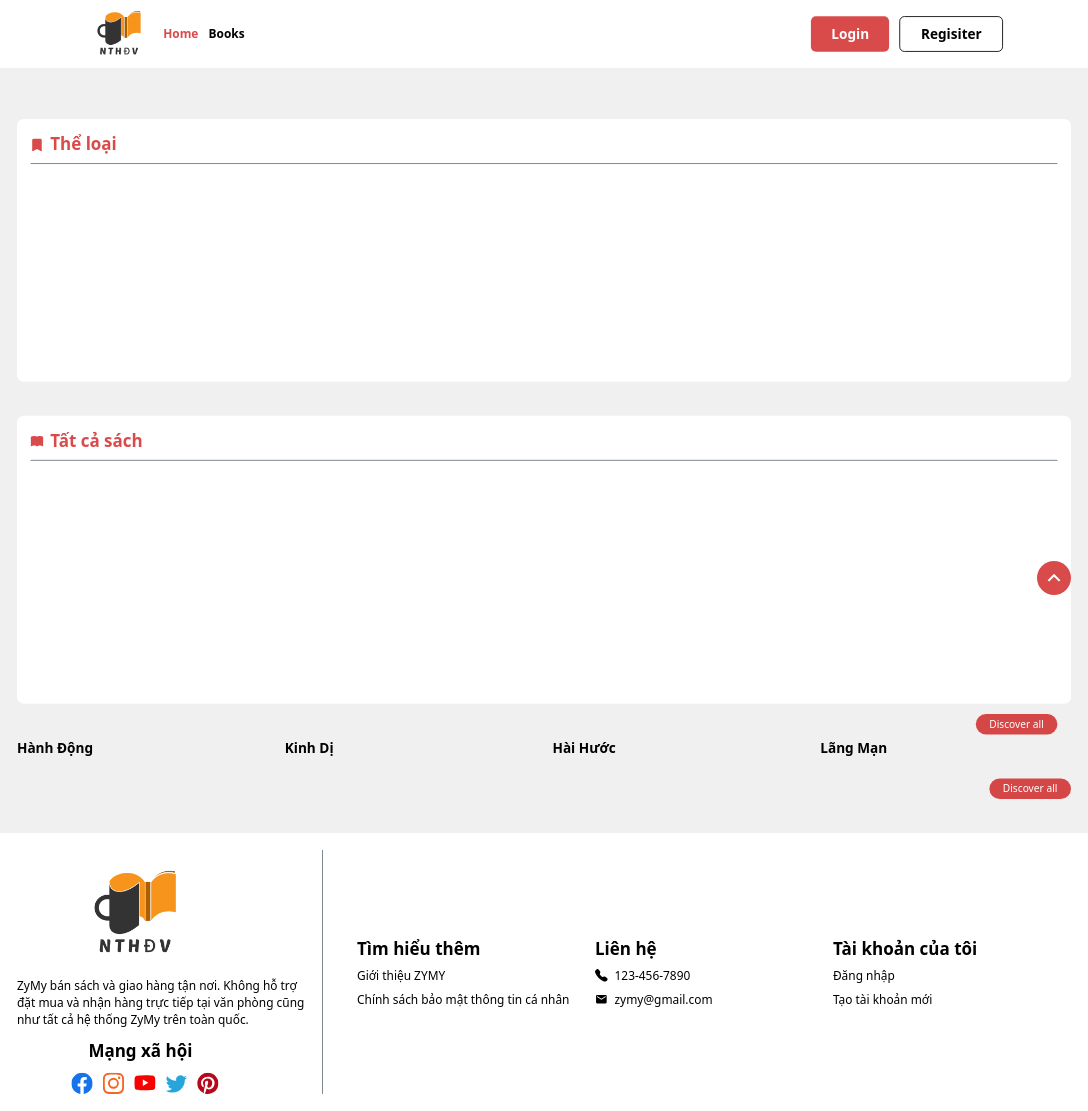
Repository: NguyenDinhThuyVy/website_selling_books
Page: / (app in FrontEnd/)
These files come from the project's save history. The page is drawn as it stood at one moment and after the next save; the edit follows.
The browser window is 1280 px wide. The pictures show the whole page, at 85% of full size.
The page's requests for data from a server got no answer. Some web fonts or font styles are not loaded; a fallback is used. The project was rebuilt for these pictures with package versions that can differ from the ones it lists, and the page was loaded fresh each time. Some packages were replaced by stand-ins written for this rebuild. The framework's server and built-in components were replaced by stand-ins that run in the browser. No one was signed in, and anything a server would have sent is missing. Also part of the build but not shown: FrontEnd/next.config.js, FrontEnd/src/components/InforLogin/styles.scss, FrontEnd/src/components/InforLogin/index.jsx, FrontEnd/src/app/(default)/(public)/home/components/CategoryColumn/CategoryColumnContent/index.jsx, FrontEnd/src/styles/CategoryItem.scss, FrontEnd/src/app/(default)/(public)/home/components/CategoryItem/index.jsx, FrontEnd/src/app/(default)/(public)/home/components/BannerItem/index.jsx, FrontEnd/src/styles/BookItem.scss and 1 more.

Above is the page before, as saved 2023-12-10 18:00:06.

### FrontEnd/src/app/layout.jsx
'use client';

import classNames from 'classnames';
import { Inter, Montserrat } from 'next/font/google';
import Script from 'next/script';

import './globals.css';
import 'react-toastify/dist/ReactToastify.css';
import 'swiper/scss/scrollbar';
import 'swiper/scss/pagination';
import 'swiper/css/navigation';
import 'swiper/scss';
import '../../node_modules/nprogress/nprogress.css';
import 'sweetalert2/src/sweetalert2.scss';
import { ToastContainer } from 'react-toastify';
import { Provider } from 'react-redux';
import store from '@/redux/store';
import Backtop from '@/components/Backtop';

const inter = Inter({
  subsets: ['latin'],
  variable: '--font-inter',
});

const montserrat = Montserrat({
  subsets: ['latin'],
  variable: '--font-montserrat',
});

export default function RootLayout({ children }) {
  return (
    <html lang="en">
      <head>
        {/* <Script>
          {typeof window !== 'undefined' &&
            (function (w, d, s, l, i) {
              w[l] = w[l] || [];
              w[l].push({ 'gtm.start': new Date().getTime(), event: 'gtm.js' });
              var f = d.getElementsByTagName(s)[0],
                j = d.createElement(s),
                dl = l != 'dataLayer' ? '&l=' + l : '';
              j.async = true;
              j.src = 'https://www.googletagmanager.com/gtm.js?id=' + i + dl;
              f.parentNode.insertBefore(j, f);
            })(window, document, 'script', 'dataLayer', 'GTM-WV3P6XBH')}
        </Script> */}
        <Script
          async
          src="https://www.googletagmanager.com/gtag/js?id=G-Y35FP8XXTL"
        ></Script>
        <Script
          id="clarity_script"
          strategy="afterInteractive"
          dangerouslySetInnerHTML={{
            __html: `
              window.dataLayer = window.dataLayer || [];
              function gtag(){dataLayer.push(arguments);}
              gtag('js', new Date());
              gtag('config', 'G-Y35FP8XXTL');
            `,
          }}
        />
      </head>
      <body
        className={classNames(
          inter.variable,
          montserrat.variable,
          'flex flex-col min-h-screen'
        )}
      >
        <Provider store={store}>{children}</Provider>
        <ToastContainer autoClose={1000} />
        <Backtop />
      </body>
    </html>
  );
}

### FrontEnd/src/app/page.jsx
import React from 'react';

const HomePage = React.lazy(() => import('./(default)/(public)/home'));

export default HomePage;

### FrontEnd/src/app/globals.css
@tailwind base;
@tailwind components;
@tailwind utilities;

@layer base {
  body {
    background-color: #f0f0f0;
  }
  .wrapper-content {
    max-width: 1340px;
    margin: 0 auto;
    padding: 0 20px;
  }
  .book-list .swiper,
  .category-list .swiper,
  .list-comment .swiper {
    height: 100%;
  }
  .button-next,
  .button-prev {
    position: relative;
    z-index: 20;
  }
  .book-list .swiper .swiper-pagination {
    transform: translateY(12px);
    z-index: 20;
  }
}

### FrontEnd/src/redux/store.jsx
import { configureStore } from '@reduxjs/toolkit';
import rootReducer from './reducers/index';

const store = configureStore({
  reducer: rootReducer,
  // Các tùy chọn khác như middleware có thể được thêm ở đây
});

export default store;

### FrontEnd/src/components/Backtop/index.jsx
import Link from 'next/link';
import React from 'react';
import { MdOutlineKeyboardArrowUp } from 'react-icons/md';

const Backtop = () => {
  return (
    <span className="fixed bottom-5 right-5 rounded-full z-30 w-10 h-10 backtop bg-[#ce1515c4] flex items-center justify-center hover:bg-opacity-70 transition-all">
      <Link href="#" className="flex items-center justify-center w-full h-full">
        <MdOutlineKeyboardArrowUp size="30px" color="white" />
      </Link>
    </span>
  );
};

export default Backtop;

### FrontEnd/src/app/(default)/(public)/home/index.jsx
'use client';

import routes from '@/constant/routes';
import Link from 'next/link';
import Heading from '@/components/Heading';
import Header from '@/components/layout/Header';
import Footer from '@/components/layout/Footer';
import CategoryColumnHorror from './components/CategoryColumn/CategoryColumnHorror';
import Category from './components/Category';
import Banner from './components/Banner';
import { BsFillBookmarkFill, BsFillBookFill } from 'react-icons/bs';
import BookList from '@/components/BookList';
import CategoryColumnAction from './components/CategoryColumn/CategoryColumnAction';
import CategoryColumnRomance from './components/CategoryColumn/CategoryColumnRomance';
import CategoryComedy from './components/CategoryColumn/CategoryComedy';
// import '';

export default function Home() {
  return (
    <main>
      <Header />
      <div className="banner">
        <Banner />
      </div>
      <div className="mt-10 wrapper-content">
        <div className="w-full p-4 bg-white rounded-lg">
          <div className="flex items-center pb-2 border-b border-b-gray-500 gap-x-2">
            <BsFillBookmarkFill size="15px" color="#ce1515c4" />
            <Heading>Thể loại</Heading>
          </div>
          <Category />
        </div>
        <div className="w-full p-4 mt-10 bg-white rounded-lg">
          <div className="flex items-center pb-2 border-b border-b-gray-500 gap-x-2">
            <BsFillBookFill size="15px" color="#ce1515c4" />
            <Heading>Tất cả sách</Heading>
          </div>
          <BookList />
        </div>
        <div className="flex mt-10 gap-x-5">
          <div className="w-1/4">
            <CategoryColumnAction />
          </div>
          <div className="w-1/4">
            <CategoryColumnHorror />
          </div>
          <div className="w-1/4">
            <CategoryComedy />
          </div>
          <div className="w-1/4">
            <CategoryColumnRomance />
          </div>
        </div>
        <span className="flex justify-end mt-3">
          <Link
            href={routes.ALLBOOK}
            className="inline-block py-1 text-xs px-4 bg-[#ce1515c4] text-white rounded-3xl hover:bg-opacity-70 transition-all"
          >
            Discover all
          </Link>
        </span>
      </div>
      <Footer />
    </main>
  );
}

### FrontEnd/src/redux/reducers/index.jsx
import { combineReducers } from '@reduxjs/toolkit';
import menuReducer from './menuReducer';
import formAddReducer from './formAddReducer';
import globalReducer from './globalReducer';
import updateInforReducer from './updateInforReducer';

const rootReducer = combineReducers({
  menu: menuReducer,
  form: formAddReducer,
  darkMode: globalReducer,
  updateInfor: updateInforReducer,
  // Thêm các reducer khác ở đây
});

export default rootReducer;

### FrontEnd/src/components/Heading/index.jsx
const Heading = ({ children }) => {
  return (
    <div className="text-xl font-semibold text-[#ce1515c4]">{children}</div>
  );
};

export default Heading;

### FrontEnd/src/app/(default)/(public)/home/components/CategoryColumn/CategoryColumnHorror/index.jsx
'use client';

import React, { useState } from 'react';
import CategoryColumnContent from '../CategoryColumnContent';
import { getBookByCategory } from '@/services/bookService';
import { useEffect } from 'react';

const CategoryColumnHorror = () => {
  const [listBookHorror, setListBookHorror] = useState([]);
  const fetchBookByHorror = async () => {
    const res = await getBookByCategory('Horror');
    if (res && res?.data?.errCode === 0) {
      setListBookHorror(res?.data?.book);
    }
  };
  useEffect(() => {
    fetchBookByHorror();
  }, []);
  return (
    <>
      <h1 className="mb-3 font-semibold">Kinh Dị</h1>
      <div className="flex w-full gap-x-3">
        <div className="flex flex-col w-full bg-white rounded-lg">
          {listBookHorror?.length > 0 &&
            listBookHorror
              ?.slice(0, 5)
              ?.map((book, index) => (
                <CategoryColumnContent key={index} data={book} />
              ))}
        </div>
      </div>
    </>
  );
};

export default CategoryColumnHorror;

### FrontEnd/src/app/(default)/(public)/home/components/Category/index.jsx
'use client';

import CategoryItem from '../CategoryItem';
import { Swiper, SwiperSlide } from 'swiper/react';
import { Navigation, Pagination } from 'swiper';
import { useState } from 'react';
import { getAllCategory } from '@/services/categories';
import { useEffect } from 'react';
// Category.jsx
// ... (import statements)

const Category = () => {
  const [listCategory, setListCategory] = useState([]);
  const fetchListCategory = async () => {
    const res = await getAllCategory();
    if (res && res?.data?.errCode === 0) {
      setListCategory(res?.data?.categories);
    }
  };
  useEffect(() => {
    fetchListCategory();
  }, []);

  return (
    <div className="mt-5 category-list h-[220px]">
      <Swiper
        modules={[Navigation, Pagination]}
        spaceBetween={20}
        slidesPerView={6}
        navigation
        grabCursor={'true'}
        pagination={{ clickable: true }}
      >
        {listCategory?.length > 0 &&
          listCategory?.map((category, index) => (
            <CategoryItem key={index} category={category} />
          ))}
      </Swiper>
    </div>
  );
};

export default Category;

### FrontEnd/src/app/(default)/(public)/home/components/Banner/index.jsx
'use client';

import { useState } from 'react';
import BannerItem from '../BannerItem';
import { Navigation, Pagination, Scrollbar, A11y } from 'swiper';
import { Swiper, SwiperSlide } from 'swiper/react';
import { getAllBookWithPagination } from '@/services/bookService';
import { useEffect } from 'react';

const Banner = () => {
  const [listBook, setListBook] = useState([]);
  const fectchBannerBook = async () => {
    const res = await getAllBookWithPagination(1, 4);
    if (res && res?.data) {
      setListBook(res?.data?.books);
    }
  };
  useEffect(() => {
    fectchBannerBook();
  }, []);
  return (
    <div className="mt-5 cursor-pointer">
      <Swiper
        modules={[Navigation, Pagination, Scrollbar, A11y]}
        slidesPerView={1}
        pagination={{ clickable: true }}
      >
        {listBook?.length > 0 &&
          listBook?.slice(0, 4)?.map((book, index) => (
            <SwiperSlide key={index}>
              <BannerItem book={book}></BannerItem>
            </SwiperSlide>
          ))}
      </Swiper>
    </div>
  );
};

export default Banner;

### FrontEnd/src/app/(default)/(public)/home/components/CategoryColumn/CategoryColumnAction/index.jsx
'use client';

import React, { useEffect, useState } from 'react';
import CategoryColumnContent from '../CategoryColumnContent';
import { getBookByCategory } from '@/services/bookService';

const CategoryColumnAction = () => {
  const [listBookAction, setListBookAction] = useState([]);
  const fetchBookByAction = async () => {
    const res = await getBookByCategory('Action');
    if (res && res?.data?.errCode === 0) {
      setListBookAction(res?.data?.book);
    }
  };
  useEffect(() => {
    fetchBookByAction();
  }, []);
  return (
    <>
      <h1 className="mb-3 font-semibold">Hành Động</h1>
      <div className="flex w-full gap-x-3">
        <div className="flex flex-col w-full bg-white rounded-lg">
          {listBookAction?.length > 0 &&
            listBookAction
              ?.slice(0, 5)
              ?.map((book, index) => (
                <CategoryColumnContent key={index} data={book} />
              ))}
        </div>
      </div>
    </>
  );
};

export default CategoryColumnAction;

### FrontEnd/src/app/(default)/(public)/home/components/CategoryColumn/CategoryColumnRomance/index.jsx
'use client';

import React, { useEffect, useState } from 'react';
import CategoryColumnContent from '../CategoryColumnContent';
import { getBookByCategory } from '@/services/bookService';

const CategoryColumnRomance = () => {
  const [listBookRomance, setListBookRomance] = useState([]);
  const fetchBookByRomance = async () => {
    const res = await getBookByCategory('Romance');
    if (res && res?.data?.errCode === 0) {
      setListBookRomance(res?.data?.book);
    }
  };
  useEffect(() => {
    fetchBookByRomance();
  }, []);
  return (
    <>
      <h1 className="mb-3 font-semibold">Lãng Mạn</h1>
      <div className="flex w-full gap-x-3">
        <div className="flex flex-col w-full bg-white rounded-lg">
          {listBookRomance?.length > 0 &&
            listBookRomance
              ?.slice(0, 5)
              ?.map((book, index) => (
                <CategoryColumnContent key={index} data={book} />
              ))}
        </div>
      </div>
    </>
  );
};

export default CategoryColumnRomance;

### FrontEnd/src/app/(default)/(public)/home/components/CategoryColumn/CategoryComedy/index.jsx
'use client';

import React, { useEffect, useState } from 'react';
import CategoryColumnContent from '../CategoryColumnContent';
import { getBookByCategory } from '@/services/bookService';

const CategoryComedy = () => {
  const [listBookComedy, setBookListComedy] = useState([]);
  const fetchBookByComedy = async () => {
    const res = await getBookByCategory('Comedy');
    if (res && res?.data?.errCode === 0) {
      setBookListComedy(res?.data?.book);
    }
  };
  useEffect(() => {
    fetchBookByComedy();
  }, []);
  return (
    <>
      <h1 className="mb-3 font-semibold">Hài Hước</h1>
      <div className="flex w-full gap-x-3">
        <div className="flex flex-col w-full bg-white rounded-lg">
          {listBookComedy?.length > 0 &&
            listBookComedy
              ?.slice(0, 5)
              ?.map((book, index) => (
                <CategoryColumnContent key={index} data={book} />
              ))}
        </div>
      </div>
    </>
  );
};

export default CategoryComedy;

### FrontEnd/src/redux/reducers/menuReducer.jsx
// reducers/counterSlice.ts
import { createSlice } from '@reduxjs/toolkit';

const initialState = {
  collapsed: false,
};
const menuSlice = createSlice({
  name: 'counter',
  initialState,
  reducers: {
    toggleMenu: (state) => {
      state.collapsed = !state.collapsed;
    },
  },
});

export const { toggleMenu } = menuSlice.actions;
export default menuSlice.reducer;

### FrontEnd/src/redux/reducers/globalReducer.jsx
import { createSlice } from '@reduxjs/toolkit';

const initialState = {
  darkMode: false,
};
const globalReducer = createSlice({
  name: 'global',
  initialState,
  reducers: {
    toggleDarkMode: (state, actions) => {
      return {
        ...state,
        darkMode: actions.payload,
      };
    },
  },
});

export const { toggleDarkMode } = globalReducer.actions;
export default globalReducer.reducer;

### FrontEnd/src/redux/reducers/updateInforReducer.jsx
import { createSlice } from '@reduxjs/toolkit';

const initialState = {
  isUpdate: false,
};
const updateInforReducer = createSlice({
  name: 'update',
  initialState,
  reducers: {
    updateReducer: (state) => {
      return {
        ...state,
        isUpdate: !state.isUpdate,
      };
    },
  },
});

export const { updateReducer } = updateInforReducer.actions;
export default updateInforReducer.reducer;

### FrontEnd/src/components/Button/index.jsx
'use client';
import React from 'react';
import { useRouter } from 'next/navigation';

const Button = ({
  type = 'submit',
  kind,
  children,
  to,
  isBorder = false,
  ...props
}) => {
  const router = useRouter();
  let bgcClassName = '';
  let colorText = '';
  switch (kind) {
    case 'primary':
      bgcClassName = 'bg-[#ce1515c4]';
      colorText = 'text-white';
      break;
    case 'secondary':
      bgcClassName = 'bg-white';
      colorText = 'text-black';
      break;
    default:
      break;
  }
  if (to) {
    return (
      <button
        type={type}
        className={`px-6 py-2 w-max text-base font-semibold cursor-pointer rounded-md hover:opacity-80 transition-all ${bgcClassName} ${colorText} ${
          isBorder ? 'border border-black' : ''
        }`}
        onClick={() => router.push(to)}
      >
        {children}
      </button>
    );
  }
  return (
    <button
      type={type}
      className={`px-6 py-2 w-max text-base font-semibold cursor-pointer rounded-md hover:opacity-80 transition-all ${bgcClassName} ${colorText} ${
        isBorder ? 'border border-black' : ''
      }`}
      {...props}
    >
      {children}
    </button>
  );
};

export default Button;

### FrontEnd/src/styles/SwiperButton.scss
.swiper-button-next,
.swiper-button-prev {
  width: 25px !important;
  height: 25px !important;
  background-color: #bc3232c4 !important;
  border-radius: 50%;
  z-index: 100 !important;
}
.swiper-button-next::after,
.swiper-button-prev::after {
  color: white;
  font-size: 10px !important;
  font-weight: 800;
}
.swiper-button-next::after {
  transform: translate(1px, 1px);
}
.swiper-button-prev::after {
  transform: translateY(1px);
}

Loaded but not shown: FrontEnd/src/utils/axiosCustomize.js (47 lines, source omitted); FrontEnd/src/services/bookService.js (42 lines, source omitted); FrontEnd/tailwind.config.js (33 lines, source omitted); FrontEnd/src/constant/routes.js (29 lines, source omitted); FrontEnd/src/services/categories.js (7 lines, source omitted); FrontEnd/src/app/(default)/(public)/product/style/styled.scss (1435 lines, source omitted); FrontEnd/src/components/layout/Footer/index.jsx (97 lines, source omitted); FrontEnd/src/components/layout/Header/index.jsx (69 lines, source omitted); FrontEnd/src/components/BookList/index.jsx (53 lines, source omitted); FrontEnd/src/redux/reducers/formAddReducer.jsx (68 lines, source omitted)

After the next save:
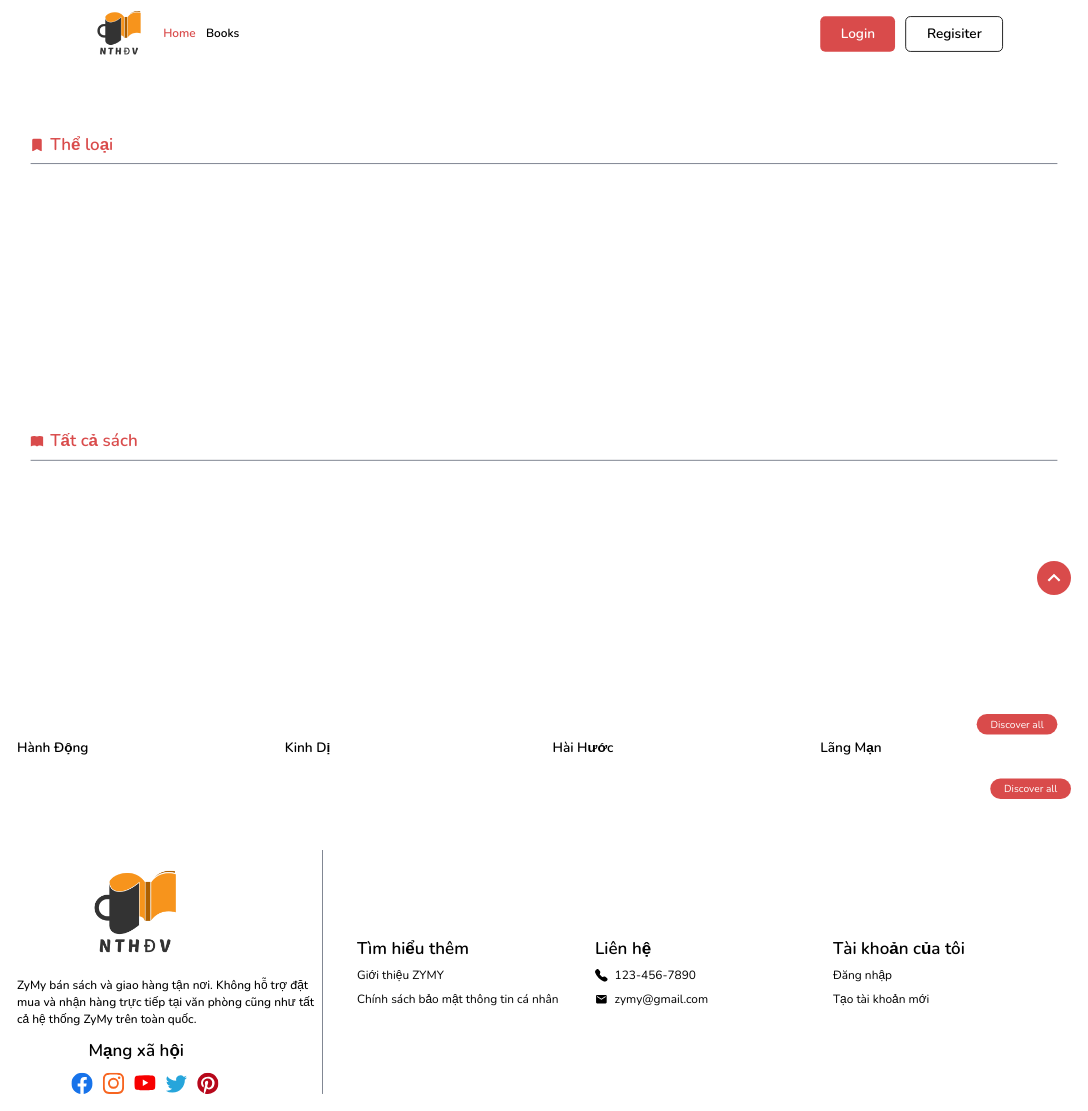
Saved 35 s later.
--- a/FrontEnd/src/app/(default)/(public)/home/index.jsx
+++ b/FrontEnd/src/app/(default)/(public)/home/index.jsx
@@ -13,7 +13,7 @@
 import CategoryColumnAction from './components/CategoryColumn/CategoryColumnAction';
 import CategoryColumnRomance from './components/CategoryColumn/CategoryColumnRomance';
 import CategoryComedy from './components/CategoryColumn/CategoryComedy';
-// import '';
+import '../product/style/styled.scss';
 
 export default function Home() {
   return (

After the save that followed:
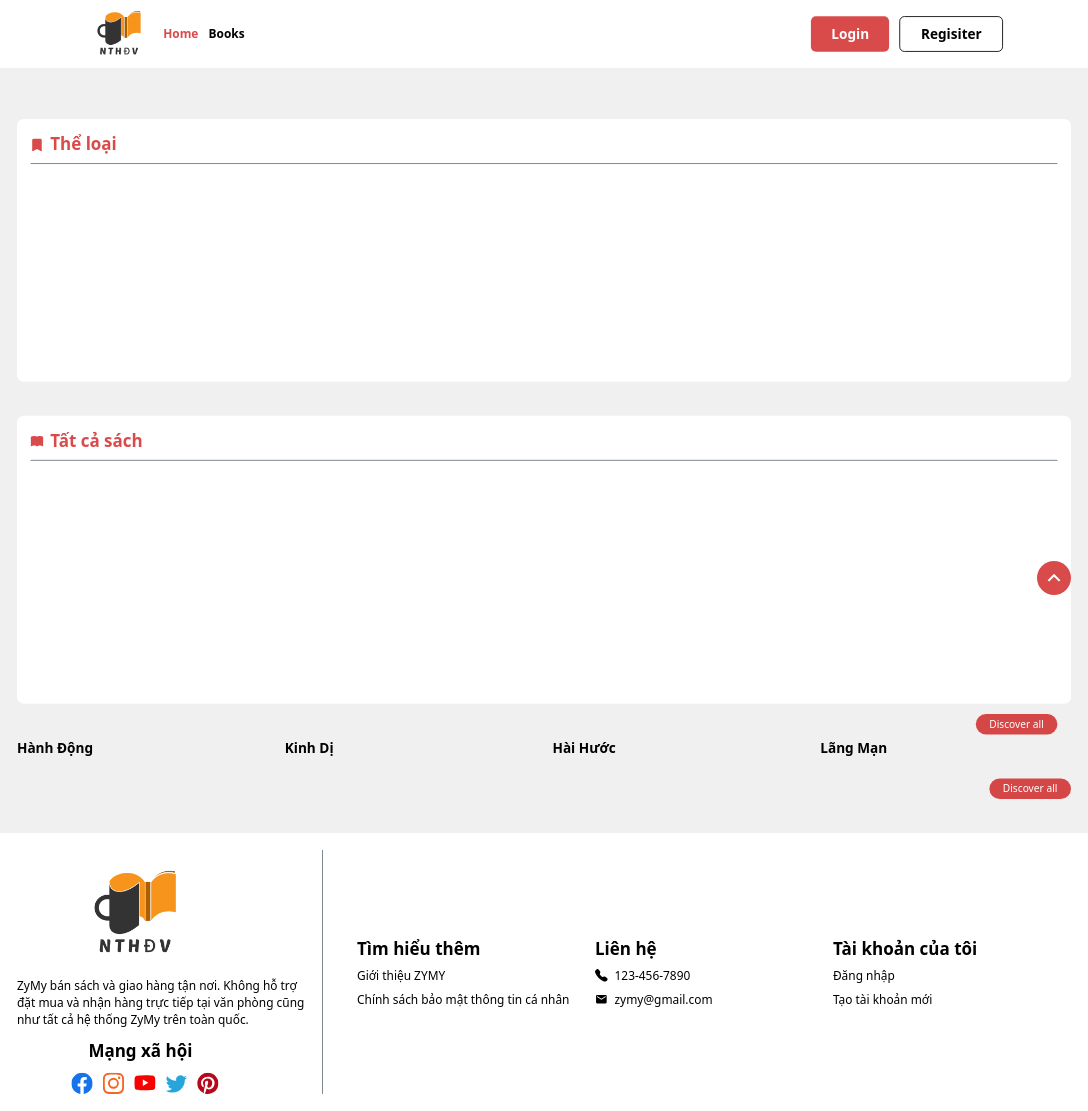
Saved 109 s later.
--- a/FrontEnd/src/app/(default)/(public)/home/index.jsx
+++ b/FrontEnd/src/app/(default)/(public)/home/index.jsx
@@ -13,7 +13,7 @@
 import CategoryColumnAction from './components/CategoryColumn/CategoryColumnAction';
 import CategoryColumnRomance from './components/CategoryColumn/CategoryColumnRomance';
 import CategoryComedy from './components/CategoryColumn/CategoryComedy';
-import '../product/style/styled.scss';
+// import '../product/style/styled.scss';
 
 export default function Home() {
   return (
